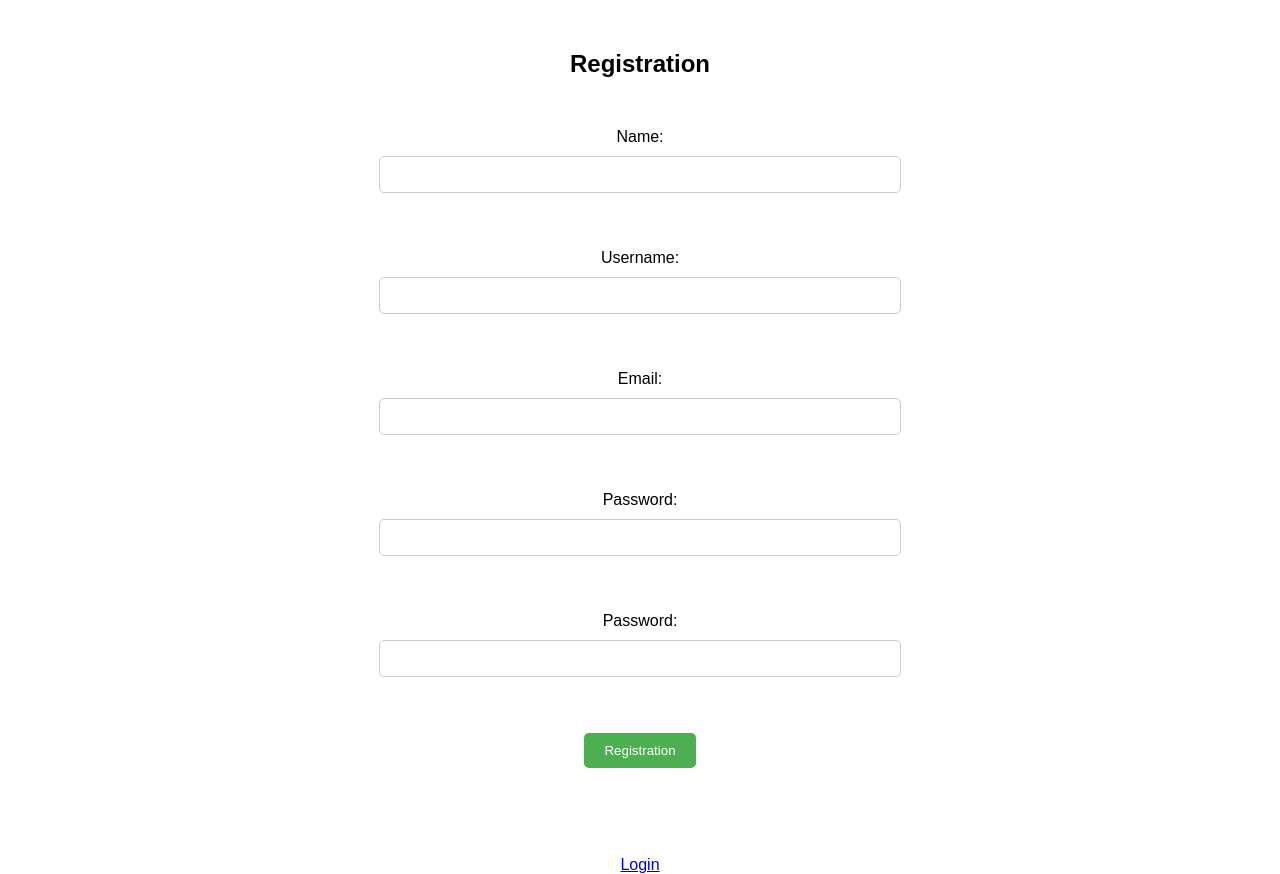
Repository: Acharya-Keerthana/Education
Page: http://localhost/registration.php
These files come from the project's save history. The page is drawn as it stood at one moment and after the next save; the edit follows.
The browser window is 1280 px wide. The pictures show the whole page.
The page is run by PHP 8.4 with error messages shown; the project is at /var/www/html/.

Above is the page before, as saved 2024-04-11 19:58:25.

After the next save:
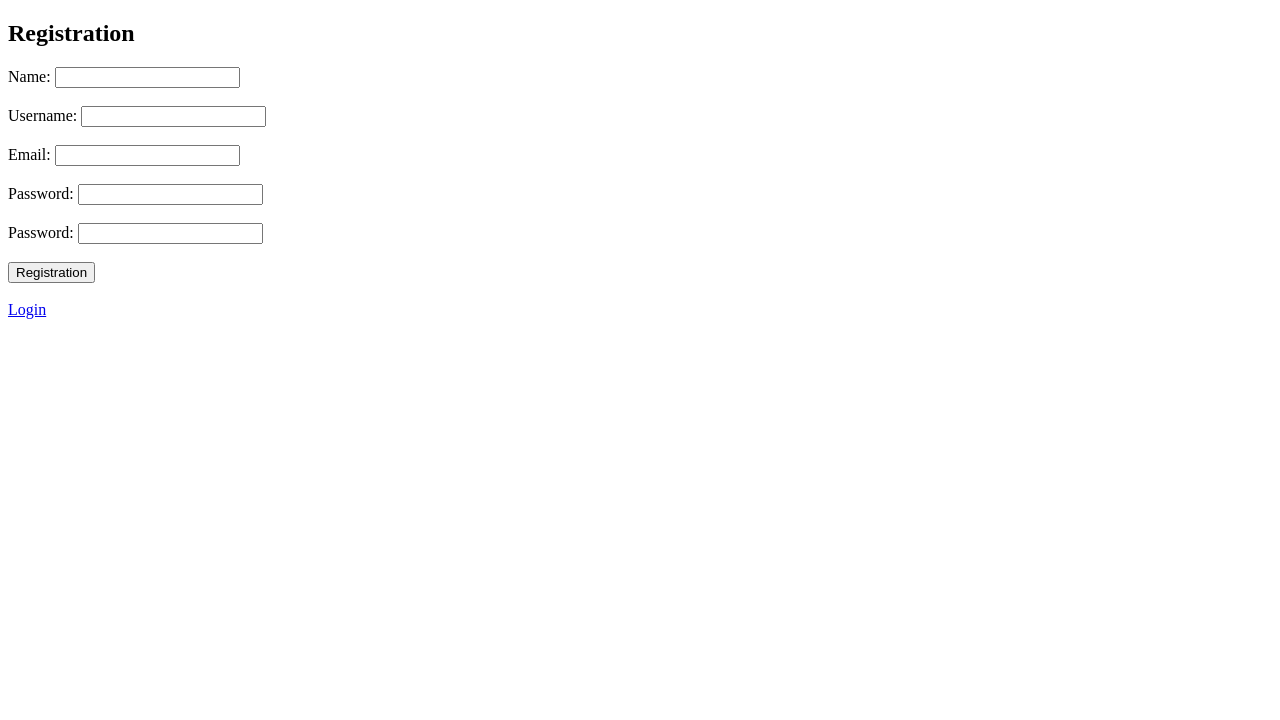
Saved 49 s later.
--- a/reglog/registration.php
+++ b/reglog/registration.php
@@ -29,48 +29,7 @@ if(isset($_POST["submit"])){
     <meta charset="UTF-8">
     <meta name="viewport" content="width=device-width, initial-scale=1.0">
     <title>Registration</title>
-    <style>
-        body {
-            font-family: Arial, sans-serif;
-            max-width: 500px;
-            margin: 0 auto;
-        }
-        h2 {
-            text-align: center;
-            margin-top: 50px;
-        }
-        form{
-            display: flex;
-            flex-direction: column;
-            align-items: center;
-            margin-top: 50px;
-        }
-        label{
-            display: block;
-            margin-bottom: 10px;
-        }
-        input{
-            padding: 10px;
-            margin-bottom: 20px;
-            border-radius: 5px;
-            border: 1px solid #ccc;
-            width: 100%;
-        }
-        button{
-            padding: 10px 20px;
-            background-color: #4CAF50;
-            color: white;
-            border: none;
-            border-radius: 5px;
-            cursor: pointer;
-            margin-bottom: 20px;
-        }
-        a{
-            text-align: center;
-            display: block;
-            margin-top: 50px;
-        }
-    </style>
+
 </head>
 <body>
     <h2>Registration</h2>
